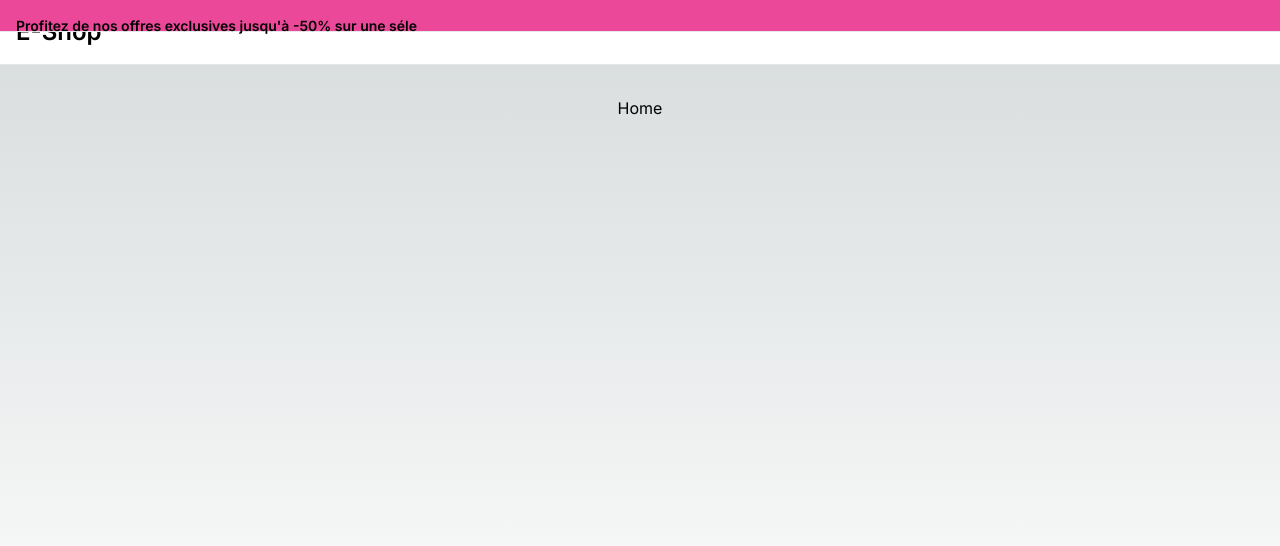
Repository: SDlevelUp/e-shop
Page: /
The author's editor kept a copy of each file at every save. The page is drawn from the files as they stood at one save, then again after a run of saves.
The browser window is 1280 px wide. The pictures show the whole page.
The project was rebuilt for these pictures with package versions that can differ from the ones it lists, and the page was loaded fresh each time. The framework's server and built-in components were replaced by stand-ins that run in the browser. Also part of the build but not shown: next.config.js.

Above is the page before, as saved 2023-08-29 08:59:41.

### src/app/layout.js
import './globals.css'
import { Inter } from 'next/font/google';
import Navbar from '@/components/Navbar/Navbar';
import GlobalState from '@/context';
import Banner from '@/components/Banner/Banner';
const inter = Inter({ subsets: ['latin'] })

export const metadata = {
  title: 'E-Shop, votre boutique en ligne',
  description: 'Generated by create next app',
};

export default function RootLayout({ children }) {
  return (
    <html lang="en">
      <head>
        <meta charSet="UTF-8" />
        <meta name="viewport" content="width=device-width, initial-scale=1.0" />
        <title>{metadata.title}</title>
        <meta name="description" content={metadata.description} />
      </head>
      <body className={inter.className}>
        <GlobalState>
          <Banner />
          <Navbar />
          <main>{children}</main>
        </GlobalState>
      </body>
    </html>
  )
}

### src/app/page.js
import React from 'react';

function Home() {
  return (
    <main className="flex min-h-screen flex-col items-center justify-between p-24">
      <div>
        <h1>Home</h1>
      </div>
    </main>
  );
}

export default Home;

### src/components/Navbar/Navbar.jsx
"use client";

export default function Navbar() {
    return (
        <>
            <nav className="bg-white fixed w-full top-0 left-0 border-b border-gray-200">
                <div className="max-w-screen-xl flex flex-wrap items-center justify-between mx-auto p-4">
                    <div className="flex items-center cursor-pointer">
                        <span className="self-center text-2xl font-semibold whitespace-nowrap">
                            E-Shop
                        </span>
                    </div>
                    <div className="flex md:order-2"></div>
                </div>
            </nav >
        </>
    );
}

### src/context/index.js
"use client";

import { createContext } from 'react';

export const GlobalContext = createContext(null);

export default function GlobalState({ children }) {
    return (
        <GlobalContext.Provider value={{}}>{children}</GlobalContext.Provider>
    )
}

### src/components/Banner/Banner.jsx
"use client";

export default function Banner() {
    return (
        <>
            <nav className="bg-pink-500 z-20 fixed w-full top-0 left-0 border-b border-gray-200 h-8">
                <div className="max-w-screen-xl flex flex-wrap items-center justify-between mx-auto p-4">
                    <span className="self-center text-sm font-semibold whitespace-nowrap">

                    Profitez de nos offres exclusives jusqu'à -50% sur une séle


                    </span>

                </div>
            </nav >
        </>
    );
}

Loaded but not shown: src/app/globals.css (common file); tailwind.config.js (common file)

After the next 2 saves:
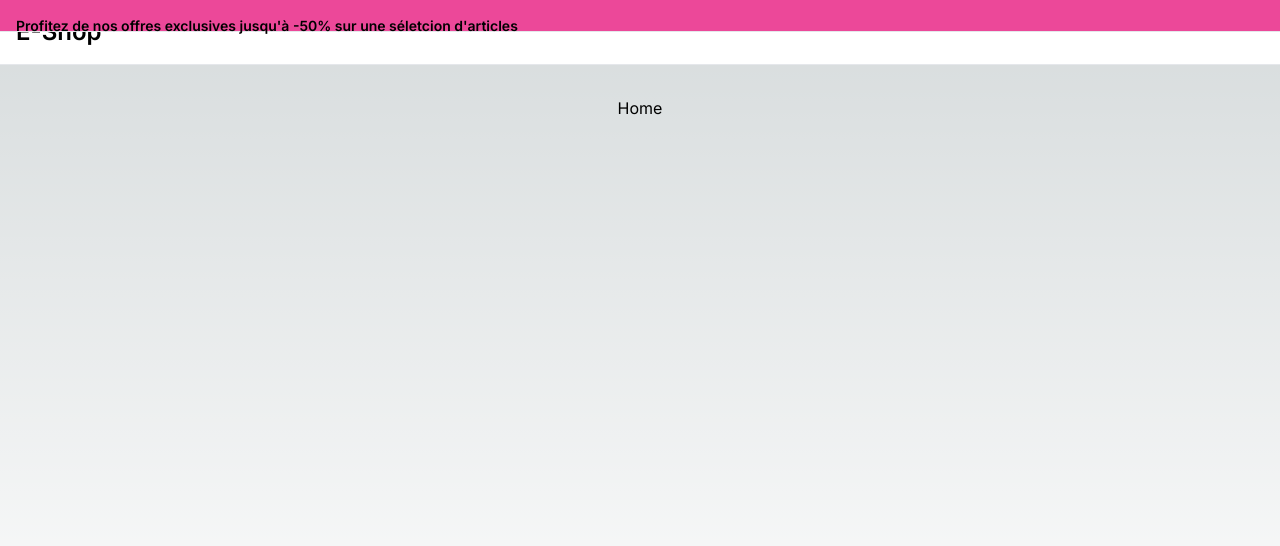
The 2 saves are shown as one change because they came seconds apart.
The last was saved 6 s later.
--- a/src/components/Banner/Banner.jsx
+++ b/src/components/Banner/Banner.jsx
@@ -7,7 +7,7 @@ export default function Banner() {
                 <div className="max-w-screen-xl flex flex-wrap items-center justify-between mx-auto p-4">
                     <span className="self-center text-sm font-semibold whitespace-nowrap">
 
-                    Profitez de nos offres exclusives jusqu'à -50% sur une séle
+                        Profitez de nos offres exclusives jusqu'à -50% sur une séletcion d'articles
 
 
                     </span>
